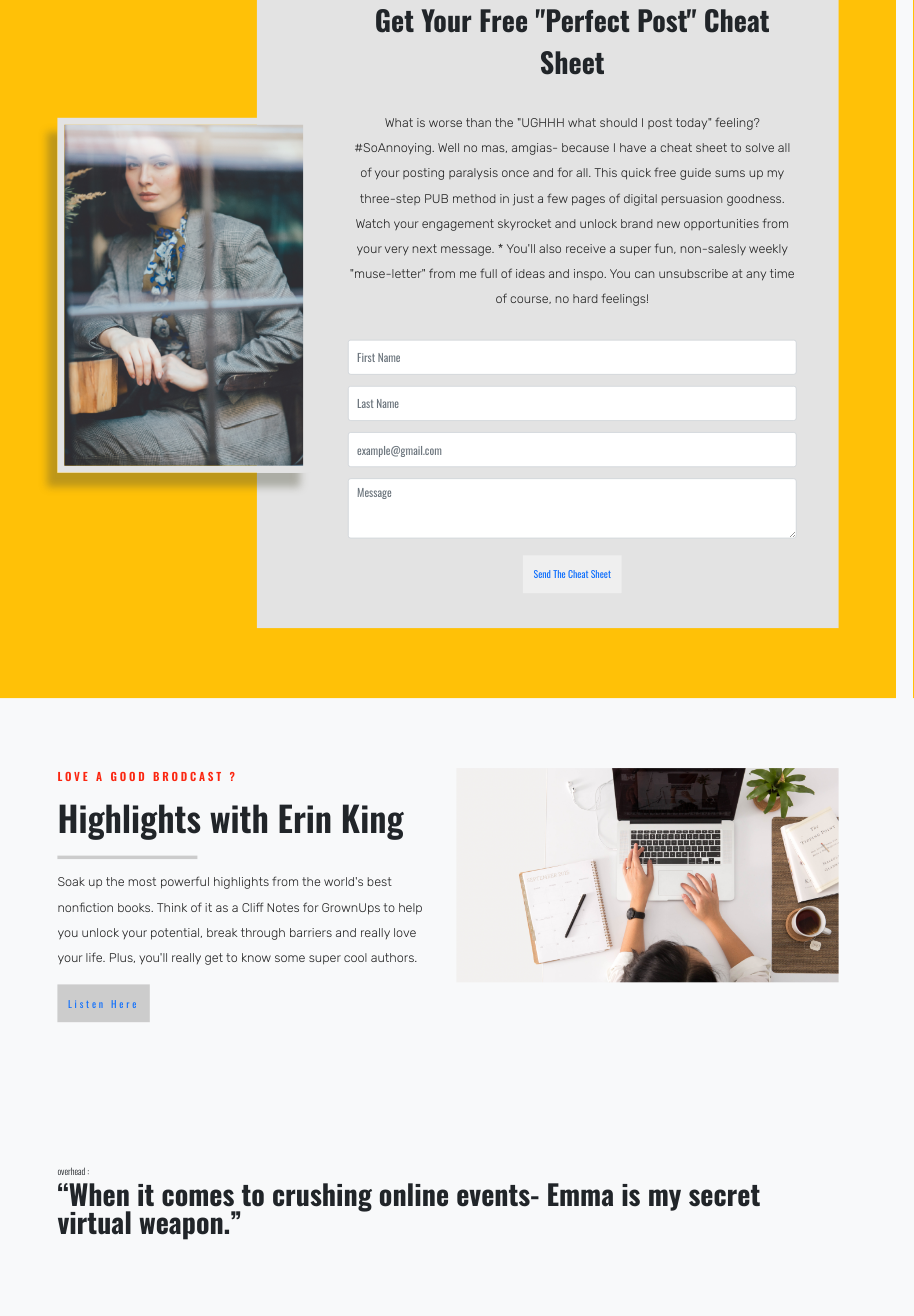
Repository: poroshrahman40/emma-watson-portfolio
Page: index.html
An editor plug-in stored every save of this project. The page is shown before and after a run of saves, followed by the edit.
The browser window is 1280 px wide. The page is 1305 px wide, so the pictures cover 1305 px, including what lies to the right of the window. The pictures show the part of the page from y = 4545 to 6425 px (the page is 6425 px tall before and 6401 px after), at 70% of full size.
Some web fonts or font styles are not loaded; a fallback is used.

Above is the page before, as saved 2021-12-08 01:57:42.

After the next 8 saves:
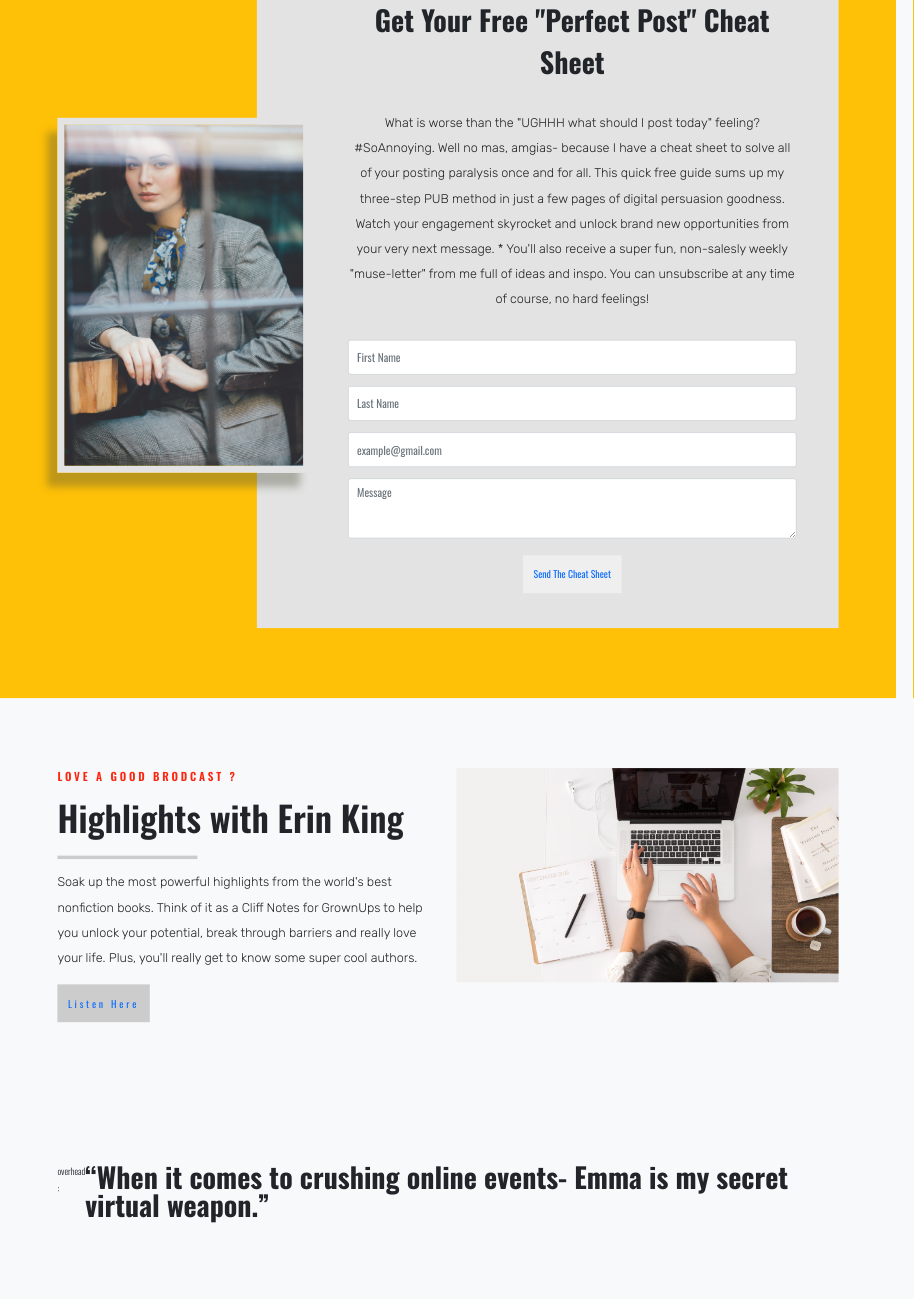
The 8 saves are shown as one change because they came seconds apart.
The last was saved 91 s later.
--- a/index.html
+++ b/index.html
@@ -318,7 +318,7 @@
 <section id="ew-quotes">
     <div class="container">
         <div class="col-lg-12">
-            <div class="ew-quotes-items">
+            <div class="ew-quotes-items d-flex justify-content-center">
                 <span>overhead :</span>
                 <h1>“When it comes to crushing online events-
                     Emma is my secret virtual weapon.”</h1>

After the 2 saves that followed:
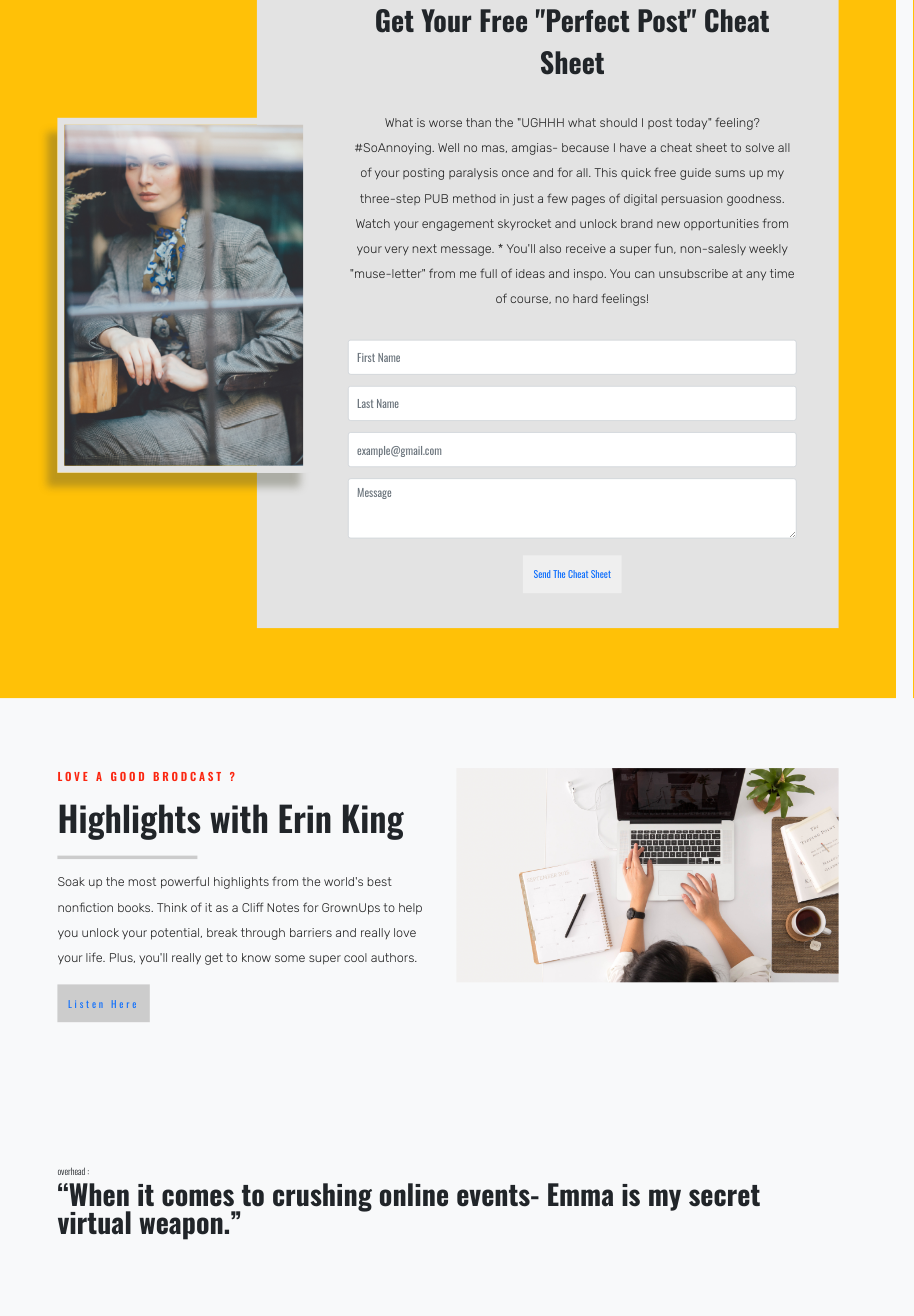
The 2 saves are shown as one change because they came seconds apart.
The last was saved 16 s later.
--- a/index.html
+++ b/index.html
@@ -318,7 +318,7 @@
 <section id="ew-quotes">
     <div class="container">
         <div class="col-lg-12">
-            <div class="ew-quotes-items d-flex justify-content-center">
+            <div class="ew-quotes-items justify-content-center">
                 <span>overhead :</span>
                 <h1>“When it comes to crushing online events-
                     Emma is my secret virtual weapon.”</h1>
